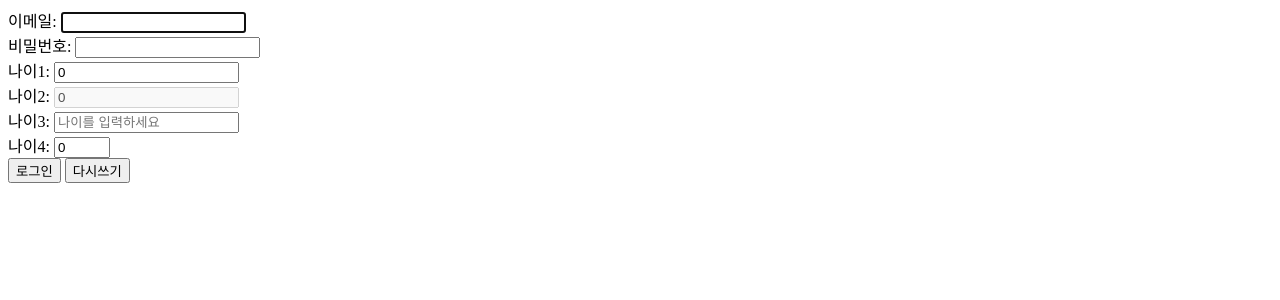
Repository: sangah-park98/jsp-class
Page: k20230503_1_html/src/main/webapp/27_input.html
These files come from the project's save history. The page is drawn as it stood at one moment and after the next save; the edit follows.
The browser window is 1280 px wide. The pictures show the whole page.

Above is the page before, as saved 2023-05-04 07:06:05.

After the next save:
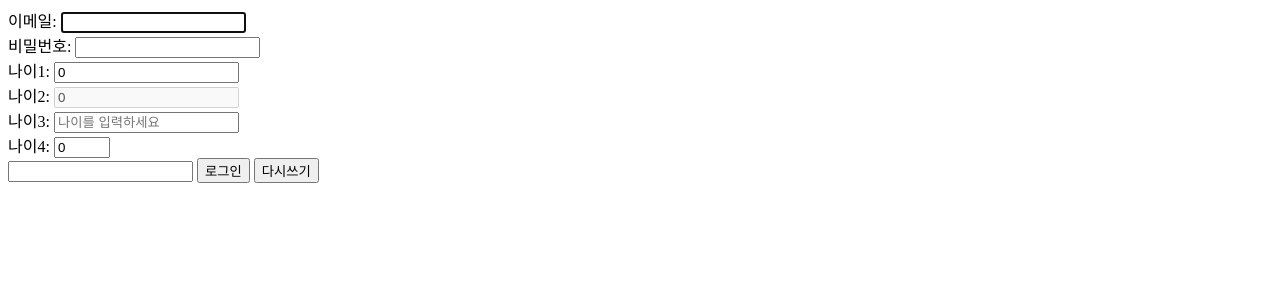
Saved 28 s later.
--- a/k20230503_1_html/src/main/webapp/27_input.html
+++ b/k20230503_1_html/src/main/webapp/27_input.html
@@ -47,6 +47,7 @@
 	나이2: <input type="number" name="age2" value="0" disabled="disabled"/><br>
 	나이3: <input type="number" name="age3" placeholder="나이를 입력하세요"/><br>
 	나이4: <input type="number" name="age4" min="0" max="10" step="2" value="0"/><br>
+	<input type="number">
 	<input type="submit" value="로그인">
 	<input type="reset" value="다시쓰기">
 

After the save that followed:
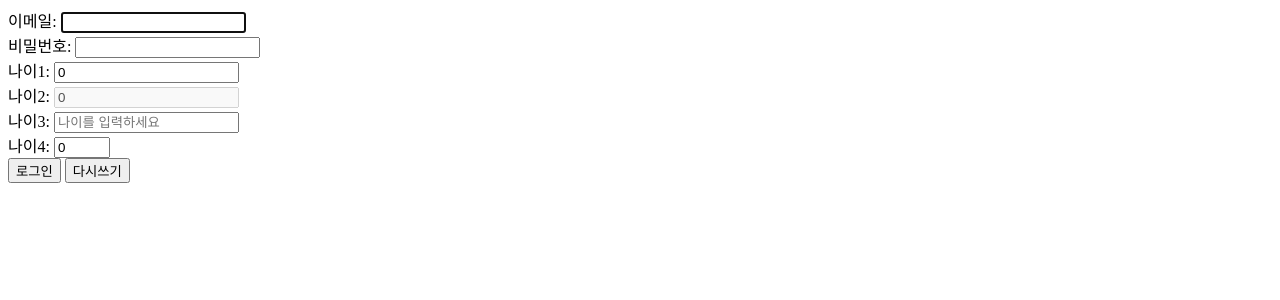
Saved 12 s later.
--- a/k20230503_1_html/src/main/webapp/27_input.html
+++ b/k20230503_1_html/src/main/webapp/27_input.html
@@ -47,7 +47,6 @@
 	나이2: <input type="number" name="age2" value="0" disabled="disabled"/><br>
 	나이3: <input type="number" name="age3" placeholder="나이를 입력하세요"/><br>
 	나이4: <input type="number" name="age4" min="0" max="10" step="2" value="0"/><br>
-	<input type="number">
 	<input type="submit" value="로그인">
 	<input type="reset" value="다시쓰기">
 
